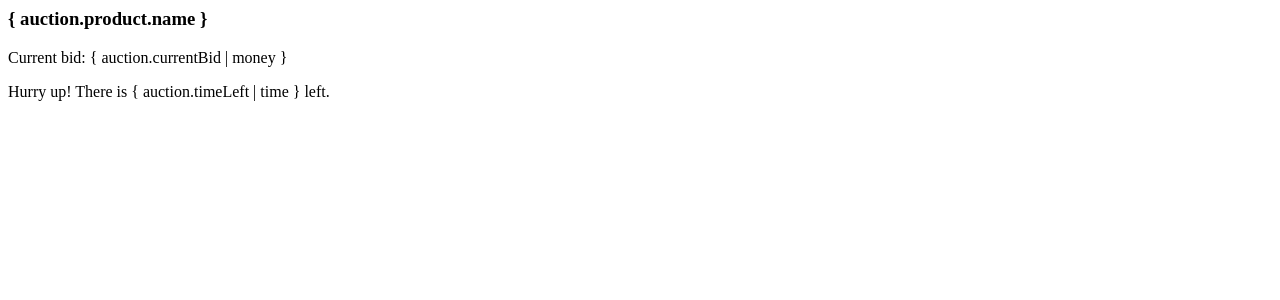
Repository: Polatrite/league-of-clickers
Page: test.html
The author's editor kept a record of every edit. The page is drawn from the files as they stood at one moment, then again after the next edit.
The browser window is 1280 px wide. The pictures show the whole page.

Above is the page before.
Console error: SyntaxError: Unexpected identifier 'draftChampions'

After the next edit:
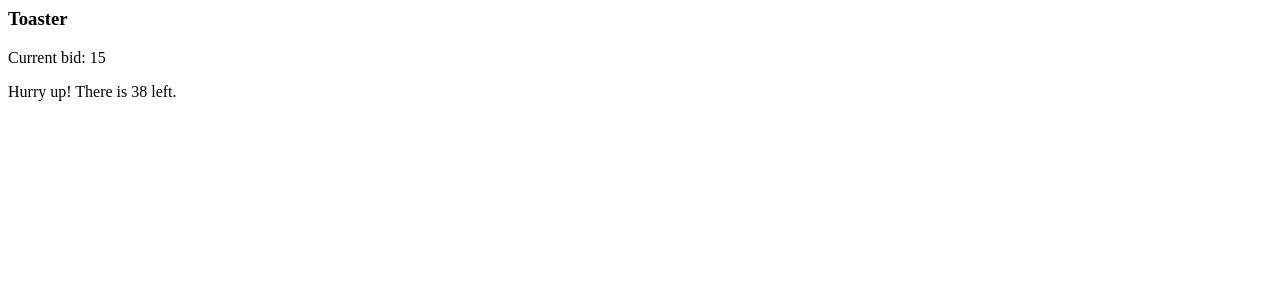
The error is gone.
The edit:
--- a/src/game.js
+++ b/src/game.js
@@ -1,9 +1,3 @@
-
-var player = {
-    champions: {}
-    draftChampions: {}
-}
-
 
 var auction = {
     currentBid: 15,
